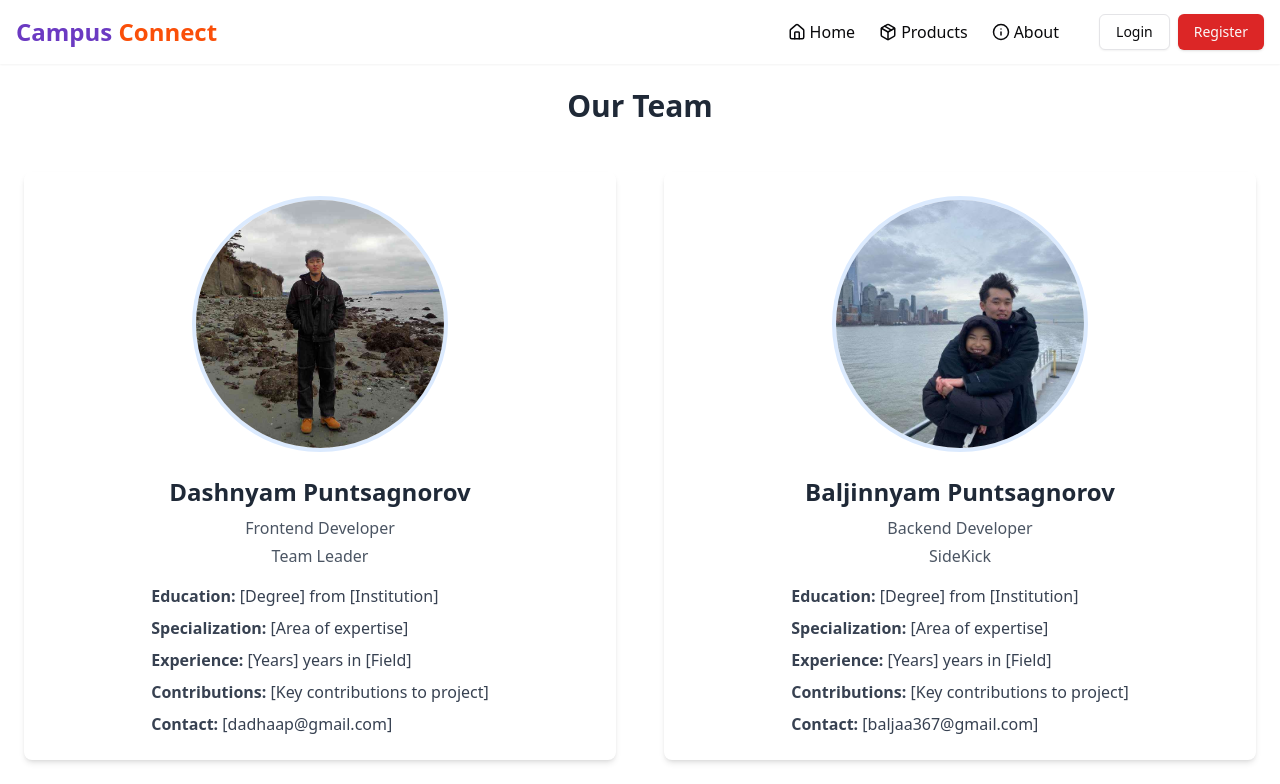
Repository: DashaaFX/Campus-Connect-CSC482
Page: /creator (app in frontend-recovery/)
These files come from the project's save history. The page is drawn as it stood at one moment and after the next save; the edit follows.
The browser window is 1280 px wide. The pictures show the whole page.
The page's requests for data from a server got no answer. The project was rebuilt for these pictures with package versions that can differ from the ones it lists, and the page was loaded fresh each time. No one was signed in, and anything a server would have sent is missing. Also part of the build but not shown: frontend-recovery/vite.config.js, frontend-recovery/src/components/ui/popover.jsx, frontend-recovery/src/components/ui/avatar.jsx, frontend-recovery/src/components/components_lite/Header.jsx, frontend-recovery/src/components/components_lite/Footer.jsx, frontend-recovery/src/components/components_lite/LatestProducts.jsx, frontend-recovery/src/components/components_lite/Home.jsx, frontend-recovery/src/components/ui/label.jsx and 25 more.

Above is the page before, as saved 2025-05-04 18:55:54.

### frontend-recovery/index.html
<!doctype html>
<html lang="en">
  <head>
    <meta charset="UTF-8" />
    <link rel="icon" href="/sunfire sensei logo.png" />
    <meta name="viewport" content="width=device-width, initial-scale=1.0" />
    <title>Campus Connect</title>
  </head>
  <body>
    <div id="root"></div>
    <script type="module" src="/src/main.jsx"></script>
  </body>
</html>

### frontend-recovery/src/main.jsx
import { StrictMode } from "react";
import { createRoot } from "react-dom/client";
import "./index.css";
import App from "./App.jsx";
import { Toaster } from "./components/ui/sonner";
import { Provider } from "react-redux";
import { persistStore } from "redux-persist";

import store from "./redux/store";
import { PersistGate } from "redux-persist/integration/react";

const persistor = persistStore(store);

createRoot(document.getElementById("root")).render(
  <StrictMode>
    <Provider store={store}>
      <PersistGate loading={null} persistor={persistor}>
        <App />
        <Toaster />
      </PersistGate>
    </Provider>
  </StrictMode>
);

### frontend-recovery/src/index.css
@tailwind base;
@tailwind components;
@tailwind utilities;

/* ... */

@layer base {
  :root {

    --background: 0 0% 100%;

    --foreground: 240 10% 3.9%;

    --card: 0 0% 100%;

    --card-foreground: 240 10% 3.9%;

    --popover: 0 0% 100%;

    --popover-foreground: 240 10% 3.9%;

    --primary: 240 5.9% 10%;

    --primary-foreground: 0 0% 98%;

    --secondary: 240 4.8% 95.9%;

    --secondary-foreground: 240 5.9% 10%;

    --muted: 240 4.8% 95.9%;

    --muted-foreground: 240 3.8% 46.1%;

    --accent: 240 4.8% 95.9%;

    --accent-foreground: 240 5.9% 10%;

    --destructive: 0 84.2% 60.2%;

    --destructive-foreground: 0 0% 98%;

    --border: 240 5.9% 90%;

    --input: 240 5.9% 90%;

    --ring: 240 10% 3.9%;

    --chart-1: 12 76% 61%;

    --chart-2: 173 58% 39%;

    --chart-3: 197 37% 24%;

    --chart-4: 43 74% 66%;

    --chart-5: 27 87% 67%;

    --radius: 0.5rem
  }
  .dark {

    --background: 240 10% 3.9%;

    --foreground: 0 0% 98%;

    --card: 240 10% 3.9%;

    --card-foreground: 0 0% 98%;

    --popover: 240 10% 3.9%;

    --popover-foreground: 0 0% 98%;

    --primary: 0 0% 98%;

    --primary-foreground: 240 5.9% 10%;

    --secondary: 240 3.7% 15.9%;

    --secondary-foreground: 0 0% 98%;

    --muted: 240 3.7% 15.9%;

    --muted-foreground: 240 5% 64.9%;

    --accent: 240 3.7% 15.9%;

    --accent-foreground: 0 0% 98%;

    --destructive: 0 62.8% 30.6%;

    --destructive-foreground: 0 0% 98%;

    --border: 240 3.7% 15.9%;

    --input: 240 3.7% 15.9%;

    --ring: 240 4.9% 83.9%;

    --chart-1: 220 70% 50%;

    --chart-2: 160 60% 45%;

    --chart-3: 30 80% 55%;

    --chart-4: 280 65% 60%;

    --chart-5: 340 75% 55%
  }
}

@layer base {
  * {
    @apply border-border;
  }
  body {
    @apply bg-background text-foreground;
  }
}

@keyframes collapsible-down {
  from {
    height: 0;
    opacity: 0;
  }
  to {
    height: var(--radix-collapsible-content-height);
    opacity: 1;
  }
}

@keyframes collapsible-up {
  from {
    height: var(--radix-collapsible-content-height);
    opacity: 1;
  }
  to {
    height: 0;
    opacity: 0;
  }
}

### frontend-recovery/src/App.jsx
import React from "react";
import { createBrowserRouter, RouterProvider } from "react-router-dom";
import { Provider } from "react-redux";
import store from "./redux/store";

// Pages & Components
import Layout from "./Layout";
import Home from "./components/components_lite/Home";
import Login from "./components/authentication/Login";
import Register from "./components/authentication/Register";
import Profile from "./components/components_lite/Profile";
import PrivacyPolicy from "./components/components_lite/PrivacyPolicy";
import TermsofService from "./components/components_lite/TermsofService";
import Creator from "./components/creator/Creator";
import PostProduct from "./components/admincomponent/PostProduct";
import EditProductForm from "./components/admincomponent/EditProductForm";
import AdminProducts from "./pages/AdminProducts";

import PublicProductPage from "./components/components_lite/PublicProductPage";
import Products from "./components/components_lite/Products";
import CartPage from "./pages/CartPage";
import CheckoutPage from "./pages/CheckoutPage";
import MyOrdersPage from "./pages/MyOrdersPage";
import MySalesPage from "./pages/MySalesPage";

const appRouter = createBrowserRouter([
  {
    path: "/",
    element: <Layout />,
    children: [
      { path: "", element: <Home /> },
      { path: "home", element: <Home /> },
      { path: "login", element: <Login /> },
      { path: "register", element: <Register /> },
      { path: "profile", element: <Profile /> },
      { path: "privacy-policy", element: <PrivacyPolicy /> },
      { path: "terms-of-service", element: <TermsofService /> },
      { path: "creator", element: <Creator /> },


      { path: "products", element: <PublicProductPage /> },
      { path: "products/:id", element: <Products /> },


      { path: "cart", element: <CartPage /> },
      { path: "checkout", element: <CheckoutPage /> },


      { path: "my-orders", element: <MyOrdersPage /> },
      { path: "my-sales", element: <MySalesPage /> },
      { path: "products/create", element: <PostProduct /> },

    ]
  }
]);

function App() {
  return (
    <Provider store={store}>
      <RouterProvider router={appRouter} />
    </Provider>
  );
}

export default App;

### frontend-recovery/src/components/ui/sonner.jsx
import { useTheme } from "next-themes"
import { Toaster as Sonner } from "sonner"

const Toaster = ({
  ...props
}) => {
  const { theme = "system" } = useTheme()

  return (
    (<Sonner
      theme={theme}
      className="toaster group"
      toastOptions={{
        classNames: {
          toast:
            "group toast group-[.toaster]:bg-background group-[.toaster]:text-foreground group-[.toaster]:border-border group-[.toaster]:shadow-lg",
          description: "group-[.toast]:text-muted-foreground",
          actionButton:
            "group-[.toast]:bg-primary group-[.toast]:text-primary-foreground",
          cancelButton:
            "group-[.toast]:bg-muted group-[.toast]:text-muted-foreground",
        },
      }}
      {...props} />)
  );
}

export { Toaster }

### frontend-recovery/src/redux/store.js
import { combineReducers, configureStore } from "@reduxjs/toolkit";
import authReducer from "./authSlice";
import productReducer from "./productSlice";
import {
  persistReducer,
  FLUSH,
  REHYDRATE,
  PAUSE,
  PERSIST,
  PURGE,
  REGISTER,
} from "redux-persist";
import storage from "redux-persist/lib/storage";
import cartReducer from "./cartSlice";

// Only persist auth state
const authPersistConfig = {
  key: 'auth',
  storage,
  whitelist: ['user', 'token']
};

const rootReducer = combineReducers({
  auth: persistReducer(authPersistConfig, authReducer),
  products: productReducer, // Not persisted
  cart: cartReducer, // ← Add this
});

const store = configureStore({
  reducer: rootReducer,
  middleware: (getDefaultMiddleware) =>
    getDefaultMiddleware({
      serializableCheck: {
        ignoredActions: [FLUSH, REHYDRATE, PAUSE, PERSIST, PURGE, REGISTER],
        ignoredPaths: ['products.product', 'products.products'],
      },
    }),
  devTools: process.env.NODE_ENV !== 'production',
});

export default store;

### frontend-recovery/src/Layout.jsx
import React from "react";
import Navbar from "./components/components_lite/Navbar";
import { Outlet } from "react-router-dom";

const Layout = () => {
  return (
    <div>
      <Navbar />
      <Outlet />
    </div>
  );
};

export default Layout;

### frontend-recovery/src/components/creator/Creator.jsx
import React from 'react'
import Navbar from '../components_lite/Navbar'
import dash from './dash.jpg';
import balj from './balj.jpg';

const Creator = () => {
  return (
    <div>

      <div className="flex flex-col items-center justify-center min-h-screen max-w-7xl mx-auto p-6">
        <h1 className="text-3xl font-bold text-gray-800 mb-12">Our Team</h1>

        <div className="grid grid-cols-1 md:grid-cols-2 gap-12 w-full">
          {/* Creator 1 */}
          <div className="flex flex-col items-center p-6 rounded-lg shadow-md hover:shadow-lg transition-shadow duration-300">
            <img
              src={dash}
              alt="Creator 1"
              className="w-64 h-64 object-cover rounded-full mb-6 border-4 border-blue-100"
            />
            <h2 className="text-2xl font-bold text-gray-800 mb-2">Dashnyam Puntsagnorov</h2>
            <p className="text-gray-600 mb-1">Frontend Developer</p>
            <p className="text-gray-600 mb-4">Team Leader</p>

            <div className="text-left text-gray-700">
              <p className="mb-2"><strong>Education:</strong> [Degree] from [Institution]</p>
              <p className="mb-2"><strong>Specialization:</strong> [Area of expertise]</p>
              <p className="mb-2"><strong>Experience:</strong> [Years] years in [Field]</p>
              <p className="mb-2"><strong>Contributions:</strong> [Key contributions to project]</p>
              <p><strong>Contact:</strong> [dadhaap@gmail.com]</p>
            </div>
          </div>

          {/* Creator 2 */}
          <div className="flex flex-col items-center p-6 rounded-lg shadow-md hover:shadow-lg transition-shadow duration-300">
            <img
              src={balj}
              alt="Creator 2"
              className="w-64 h-64 object-cover rounded-full mb-6 border-4 border-blue-100"
            />
            <h2 className="text-2xl font-bold text-gray-800 mb-2">Baljinnyam Puntsagnorov</h2>
            <p className="text-gray-600 mb-1">Backend Developer</p>
            <p className="text-gray-600 mb-4">SideKick</p>

            <div className="text-left text-gray-700">
              <p className="mb-2"><strong>Education:</strong> [Degree] from [Institution]</p>
              <p className="mb-2"><strong>Specialization:</strong> [Area of expertise]</p>
              <p className="mb-2"><strong>Experience:</strong> [Years] years in [Field]</p>
              <p className="mb-2"><strong>Contributions:</strong> [Key contributions to project]</p>
              <p><strong>Contact:</strong> [baljaa367@gmail.com]</p>
            </div>
          </div>
        </div>
      </div>
    </div>
  )
}

export default Creator

### frontend-recovery/src/redux/cartSlice.js
// src/redux/cartSlice.js
import { createSlice, createAsyncThunk } from '@reduxjs/toolkit';
import axios from 'axios';
import { CART_API_ENDPOINT } from '@/utils/data';

// Async Thunks
export const fetchCart = createAsyncThunk('cart/fetchCart', async (_, { rejectWithValue }) => {
  try {
    const res = await axios.get(CART_API_ENDPOINT, { withCredentials: true });
    return res.data;
  } catch (err) {
    return rejectWithValue(err.response?.data?.message || 'Failed to load cart');
  }
});

export const addToCart = createAsyncThunk('cart/addToCart', async ({ productId, quantity = 1 }, { rejectWithValue }) => {
  try {
    const res = await axios.post(`${CART_API_ENDPOINT}/add`, { productId, quantity }, { withCredentials: true });
    return res.data;
  } catch (err) {
    return rejectWithValue(err.response?.data?.message || 'Failed to add to cart');
  }
});

export const removeFromCart = createAsyncThunk('cart/removeFromCart', async (productId, { rejectWithValue }) => {
  try {
    const res = await axios.delete(`${CART_API_ENDPOINT}/remove/${productId}`, { withCredentials: true });
    return res.data;
  } catch (err) {
    return rejectWithValue(err.response?.data?.message || 'Failed to remove from cart');
  }
});
export const decreaseQuantityFromCart = createAsyncThunk(
  'cart/decreaseQuantity',
  async (productId, { rejectWithValue }) => {
    try {
      const res = await axios.patch(`${CART_API_ENDPOINT}/decrease/${productId}`, {}, { withCredentials: true });
      return res.data;
    } catch (err) {
      return rejectWithValue(err.response?.data?.message || 'Failed to update cart');
    }
  }
);

export const clearCart = createAsyncThunk('cart/clearCart', async (_, { rejectWithValue }) => {
  try {
    const res = await axios.delete(`${CART_API_ENDPOINT}/clear`, { withCredentials: true });
    return res.data;
  } catch (err) {
    return rejectWithValue(err.response?.data?.message || 'Failed to clear cart');
  }
});

const cartSlice = createSlice({
  name: 'cart',
  initialState: {
    items: [],
    user: null,
    loading: false,
    error: null,
  },
  reducers: {},
  extraReducers: (builder) => {
    builder
      .addCase(fetchCart.fulfilled, (state, action) => {
        state.items = action.payload.items || [];
        state.user = action.payload.user;
        state.loading = false;
      })
      .addMatcher(action => action.type.endsWith('/pending'), state => {
        state.loading = true;
        state.error = null;
      })
      .addMatcher(action => action.type.endsWith('/rejected'), (state, action) => {
        state.loading = false;
        state.error = action.payload;
      })
      .addMatcher(action => action.type.endsWith('/fulfilled'), state => {
        state.loading = false;
        state.error = null;
      });
  },
});

export default cartSlice.reducer;

### frontend-recovery/src/components/components_lite/Navbar.jsx
import React from "react";
import { useEffect } from "react";
import { fetchCart } from "@/redux/cartSlice";
import { Link, useNavigate } from "react-router-dom";
import { Popover, PopoverContent, PopoverTrigger } from "../ui/popover";
import { Avatar, AvatarImage } from "../ui/avatar";
import { Button } from "../ui/button";
import { LogOut, User2, ShoppingCart, PackageCheck, PackageSearch,Home, Package, Info } from "lucide-react";
import { useDispatch, useSelector } from "react-redux";
import { toast } from "sonner";
import axios from "axios";
import { setUser } from "@/redux/authSlice";
import { USER_API_ENDPOINT } from "@/utils/data";


const Navbar = () => {
  const { user } = useSelector((store) => store.auth);
  const cartItems = useSelector((state) => state.cart.items);
  const itemCount = cartItems.reduce((acc, item) => acc + item.quantity, 0);


  const dispatch = useDispatch();
  const navigate = useNavigate();
  useEffect(() => {
    dispatch(fetchCart());
  }, [dispatch]);

  const logoutHandler = async () => {
    try {
      const res = await axios.post(`${USER_API_ENDPOINT}/logout`, {
        withCredentials: true,
      });
      if (res && res.data && res.data.success) {
        dispatch(setUser(null));
        navigate("/");
        toast.success(res.data.message);
      } else {
        console.error("Error logging out:", res.data);
      }
    } catch (error) {
      console.error("Axios error:", error);
      if (error.response) {
        console.error("Error response:", error.response.data);
      }
      toast.error("Error logging out. Please try again.");
    }
  };

  return (
    <div className="bg-white sticky top-0 z-50 shadow-sm">
      <div className="flex items-center justify-between mx-auto max-w-7xl h-16 px-4">
        <div>
          <Link to="/" className="cursor-pointer">
            <h1 className="text-2xl font-bold">
              <span className="text-[#6B3AC2]">Campus</span>{" "}
              <span className="text-[#FA4F09]">Connect</span>
            </h1>
          </Link>
        </div>

        <div className="flex items-center gap-10">
          <ul className="flex font-medium items-center gap-6">
          <li className="flex items-center gap-1">
            <Home size={18} />
            <Link to={"/Home"}>Home</Link>
          </li>
          <li className="flex items-center gap-1">
            <Package size={18} />
            <Link to={"/products"}>Products</Link>
          </li>
          <li className="flex items-center gap-1">
            <Info size={18} />
            <Link to={"/Creator"}>About</Link>
          </li>

            {user && (
              <>
                <li>
                  <Link to={"/cart"} className="relative flex items-center gap-1">
                    <ShoppingCart size={18} />
                    Cart
                    {itemCount > 0 && (
                      <span className="ml-1 inline-flex items-center justify-center px-2 py-0.5 text-xs font-bold text-white bg-red-500 rounded-full">
                        {itemCount}
                      </span>
                    )}
                  </Link>
                </li>
                <li>
                  <Link to={"/my-orders"} className="flex items-center gap-1">
                    <PackageCheck size={18} />
                    My Orders
                  </Link>
                </li>
                <li>
                  <Link to={"/my-sales"} className="flex items-center gap-1">
                    <PackageSearch size={18} />
                    My Sales
                  </Link>
                </li>

              </>
            )}
          </ul>

          {!user ? (
            <div className="flex items-center gap-2">
              <Link to={"/login"}>
                <Button variant="outline">Login</Button>
              </Link>
              <Link to={"/register"}>
                <Button className="bg-red-600 hover:bg-red-700">
                  Register
                </Button>
              </Link>
            </div>
          ) : (
            <Popover>
              <PopoverTrigger asChild>
                <Avatar className="cursor-pointer">
                  <AvatarImage
                    src={user?.profile?.profilePhoto}
                    alt="profile"
                  />
                </Avatar>
              </PopoverTrigger>
              <PopoverContent className="w-80">
                <div className="flex items-center gap-4 space-y-2">
                  <Avatar>
                    <AvatarImage
                      src={user?.profile?.profilePhoto}
                      alt="profile"
                    />
                  </Avatar>
                  <div>
                    <h3 className="font-medium">{user?.fullname}</h3>
                    <p className="text-sm text-muted-foreground">
                      {user?.profile?.bio}
                    </p>
                  </div>
                </div>

                <div className="flex flex-col my-2 text-gray-600">
                  <div className="flex w-fit items-center gap-2 cursor-pointer">
                    <User2 />
                    <Button variant="link">
                      <Link to={"/Profile"}>Profile</Link>
                    </Button>
                  </div>

                  <div className="flex w-fit items-center gap-2 cursor-pointer">
                    <LogOut />
                    <Button onClick={logoutHandler} variant="link">
                      Logout
                    </Button>
                  </div>
                </div>
              </PopoverContent>
            </Popover>
          )}
        </div>
      </div>
    </div>
  );
};

export default Navbar;

### frontend-recovery/src/utils/data.js
export const USER_API_ENDPOINT = "http://localhost:5011/api/user";
export const JOB_API_ENDPOINT = "http://localhost:5011/api/job";
export const APPLICATION_API_ENDPOINT = "http://localhost:5011/api/application";
export const COMPANY_API_ENDPOINT = "http://localhost:5011/api/company";
export const PRODUCT_API_ENDPOINT = "http://localhost:5011/api/products";
export const CATEGORY_API_ENDPOINT = "http://localhost:5011/api/categories";
export const CART_API_ENDPOINT = "http://localhost:5011/api/cart";
export const ORDER_API_ENDPOINT = "http://localhost:5011/api/orders";

### frontend-recovery/src/components/ui/button.jsx
import * as React from "react"
import { Slot } from "@radix-ui/react-slot"
import { cva } from "class-variance-authority";

import { cn } from "@/lib/utils"

const buttonVariants = cva(
  "inline-flex items-center justify-center gap-2 whitespace-nowrap rounded-md text-sm font-medium transition-colors focus-visible:outline-none focus-visible:ring-1 focus-visible:ring-ring disabled:pointer-events-none disabled:opacity-50 [&_svg]:pointer-events-none [&_svg]:size-4 [&_svg]:shrink-0",
  {
    variants: {
      variant: {
        default:
          "bg-primary text-primary-foreground shadow hover:bg-primary/90",
        destructive:
          "bg-destructive text-destructive-foreground shadow-sm hover:bg-destructive/90",
        outline:
          "border border-input bg-background shadow-sm hover:bg-accent hover:text-accent-foreground",
        secondary:
          "bg-secondary text-secondary-foreground shadow-sm hover:bg-secondary/80",
        ghost: "hover:bg-accent hover:text-accent-foreground",
        link: "text-primary underline-offset-4 hover:underline",
      },
      size: {
        default: "h-9 px-4 py-2",
        sm: "h-8 rounded-md px-3 text-xs",
        lg: "h-10 rounded-md px-8",
        icon: "h-9 w-9",
      },
    },
    defaultVariants: {
      variant: "default",
      size: "default",
    },
  }
)

const Button = React.forwardRef(({ className, variant, size, asChild = false, ...props }, ref) => {
  const Comp = asChild ? Slot : "button"
  return (
    (<Comp
      className={cn(buttonVariants({ variant, size, className }))}
      ref={ref}
      {...props} />)
  );
})
Button.displayName = "Button"

export { Button, buttonVariants }

Loaded but not shown: frontend-recovery/src/lib/utils.js (common file); frontend-recovery/tailwind.config.js (common file); frontend-recovery/src/redux/productSlice.js (180 lines, source omitted); frontend-recovery/src/redux/authSlice.js (133 lines, source omitted)

After the next save:
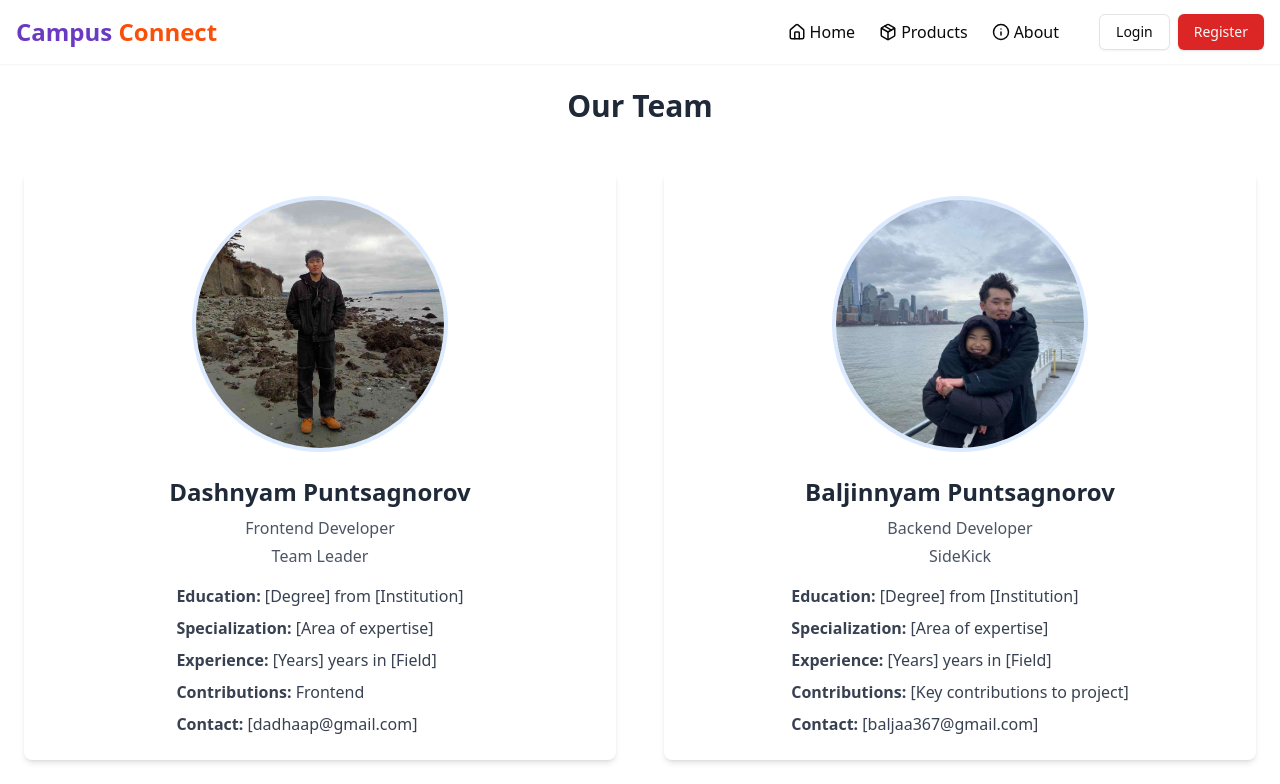
Saved 5 days later.
--- a/frontend-recovery/src/components/creator/Creator.jsx
+++ b/frontend-recovery/src/components/creator/Creator.jsx
@@ -26,7 +26,7 @@ const Creator = () => {
               <p className="mb-2"><strong>Education:</strong> [Degree] from [Institution]</p>
               <p className="mb-2"><strong>Specialization:</strong> [Area of expertise]</p>
               <p className="mb-2"><strong>Experience:</strong> [Years] years in [Field]</p>
-              <p className="mb-2"><strong>Contributions:</strong> [Key contributions to project]</p>
+              <p className="mb-2"><strong>Contributions:</strong> Frontend</p>
               <p><strong>Contact:</strong> [dadhaap@gmail.com]</p>
             </div>
           </div>
